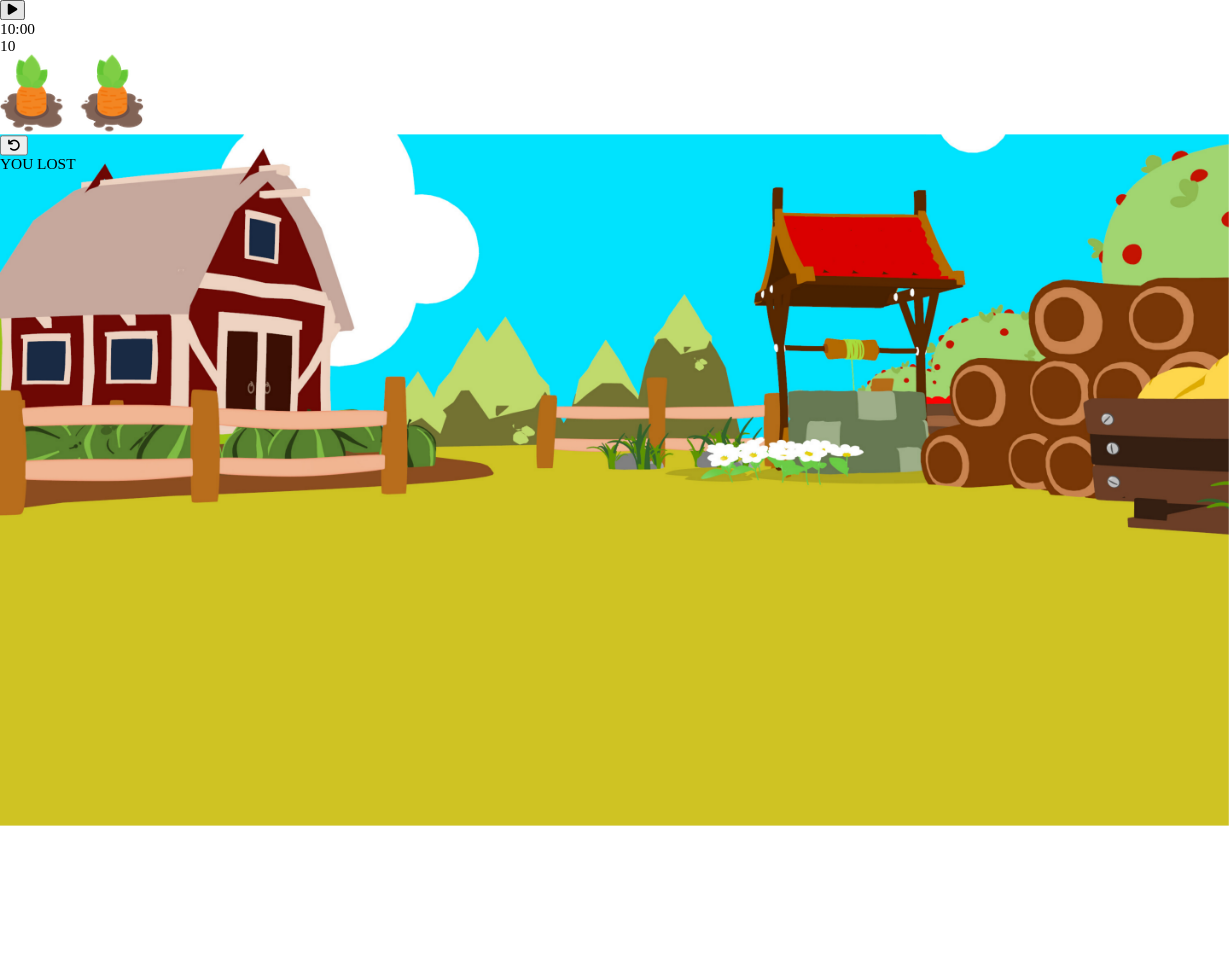
Repository: keehoonjung/Bug-Game
Page: index.html
An editor plug-in stored every save of this project. The page is shown before and after the next save, followed by the edit.
The browser window is 1280 px wide. The pictures show the whole page, at 96% of full size.
Some web libraries are served in a nearby version.

Above is the page before, as saved 2021-08-10 10:43:27.

### index.html
<!DOCTYPE html>
<html lang="en">
<head>
    <meta charset="UTF-8">
    <meta http-equiv="X-UA-Compatible" content="IE=edge">
    <meta name="viewport" content="width=device-width, initial-scale=1.0">
    <title>Document</title>
    <link rel="stylesheet" href="style.css">
    <script src="main.js"></script>
    <script src="https://kit.fontawesome.com/a7a8d59961.js" crossorigin="anonymous"></script>
</head>
<body>
    <section class="container">
        <section class="header">
            <button class="play__btn">
                <i class="fas fa-play"></i>
            </button>
            <div class="timer">
                10:00
            </div>
            <div class="count">10</div>
        </section>
        <section class="playground">
            <img src="./img/carrot.png" alt="carrot">
            <img src="./img/carrot.png" alt="carrot">
        </section>
        <div class="popup">
            <button class="retry">
                <i class="fas fa-undo"></i>
            </button>
            <div class="message">YOU LOST</div>
        </div>
    </section>
</body>
</html>

### style.css
* {
  box-sizing: border-box;
}

body {
  margin: 0;
}
.container {
  background: center / 100% no-repeat url(/img/background.png);
  height: 1000px;
}

Loaded but not shown: main.js (no copy from this time; the picture is the same without it)

After the next save:
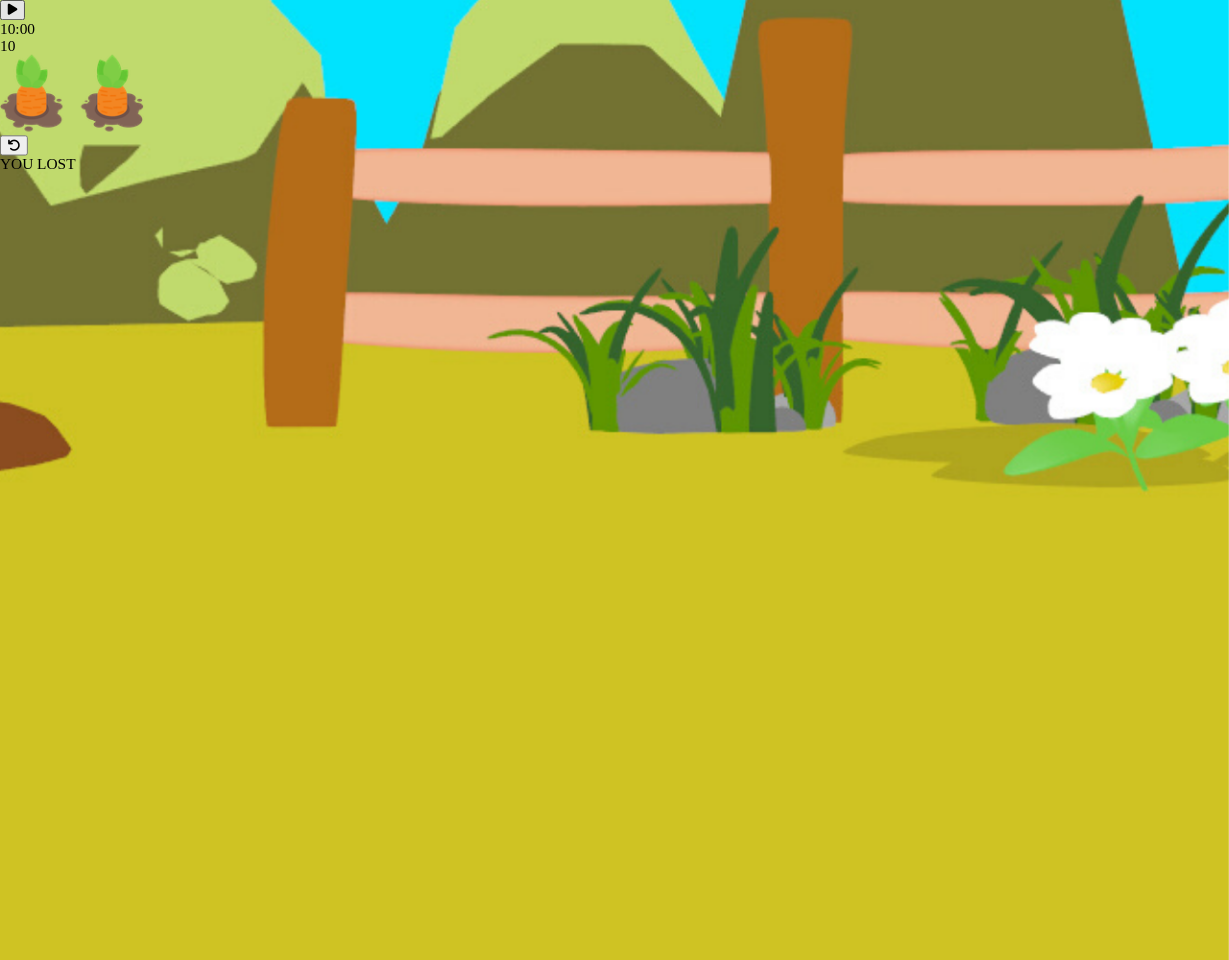
Saved 15 s later.
--- a/style.css
+++ b/style.css
@@ -6,6 +6,6 @@ body {
   margin: 0;
 }
 .container {
-  background: center / 100% no-repeat url(/img/background.png);
+  background: center no-repeat url(/img/background.png);
   height: 1000px;
 }
